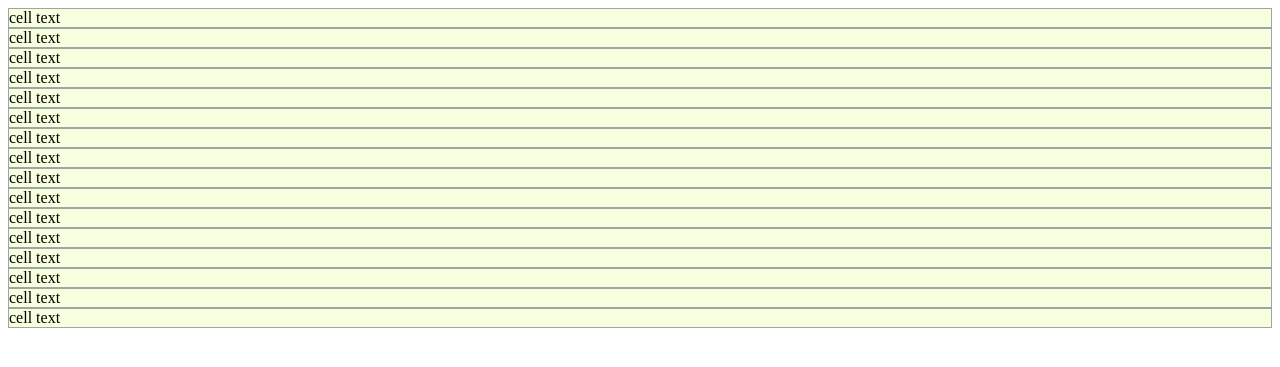
Repository: weazzyefff/Project-Etch-A-Sketch
Page: index.html
These files come from the project's save history. The page is drawn as it stood at one moment and after the next save; the edit follows.
The browser window is 1280 px wide. The pictures show the whole page.

Above is the page before, as saved 2022-11-29 20:00:05.

### index.html
<!DOCTYPE html>
<html>

<head>
	<meta charset="utf-8">
	<meta name="viewport" content="width=device-width, initial-scale=1">
	<title>Etch-A-Sketch</title>
    <link rel="stylesheet" href="style.css">
</head>

<body>
    <div id="container"></div>
	<script src="script.js"></script>
</body>

</html>

### style.css
#grid {
    display: grid
}


.cell {
    border: 1px solid #9ba6a8;
    background: #f8ffde;
  }

### script.js
if (typeof window !== 'undefined') {
    console.log('You are on the browser')
  } else {
    console.log('You are on the server')
  }
//Create the container for the divs
const container = document.querySelector('#container');
const grid = getGrid(16);


//Create Grid
function getGrid(gridNum) {
 for (g = 1; g <= gridNum; g++) {
    let cell = document.createElement('div');
    cell.className = 'cell';
    cell.textContent = 'cell text'
    container.appendChild(cell);
 }
}

After the next save:
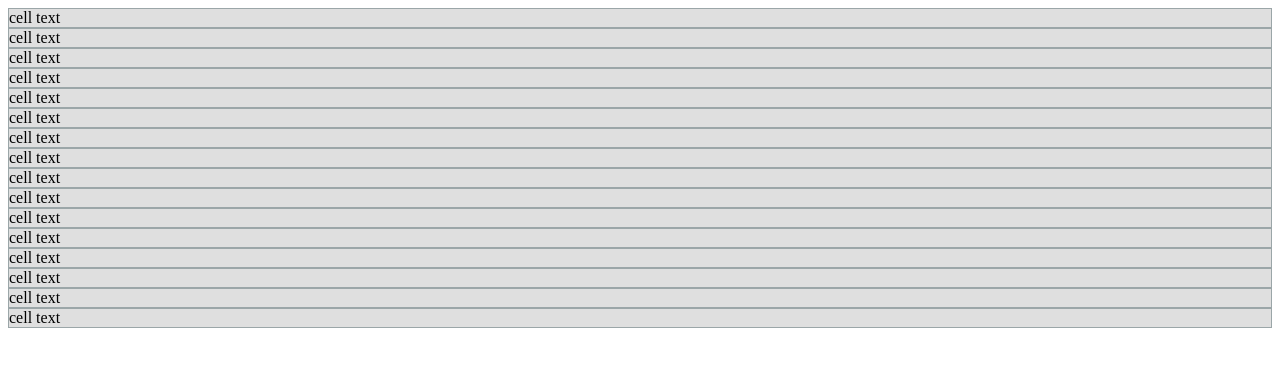
Saved 20 s later.
--- a/style.css
+++ b/style.css
@@ -5,5 +5,5 @@
 
 .cell {
     border: 1px solid #9ba6a8;
-    background: #f8ffde;
+    background: #dfdfdf;
   }
